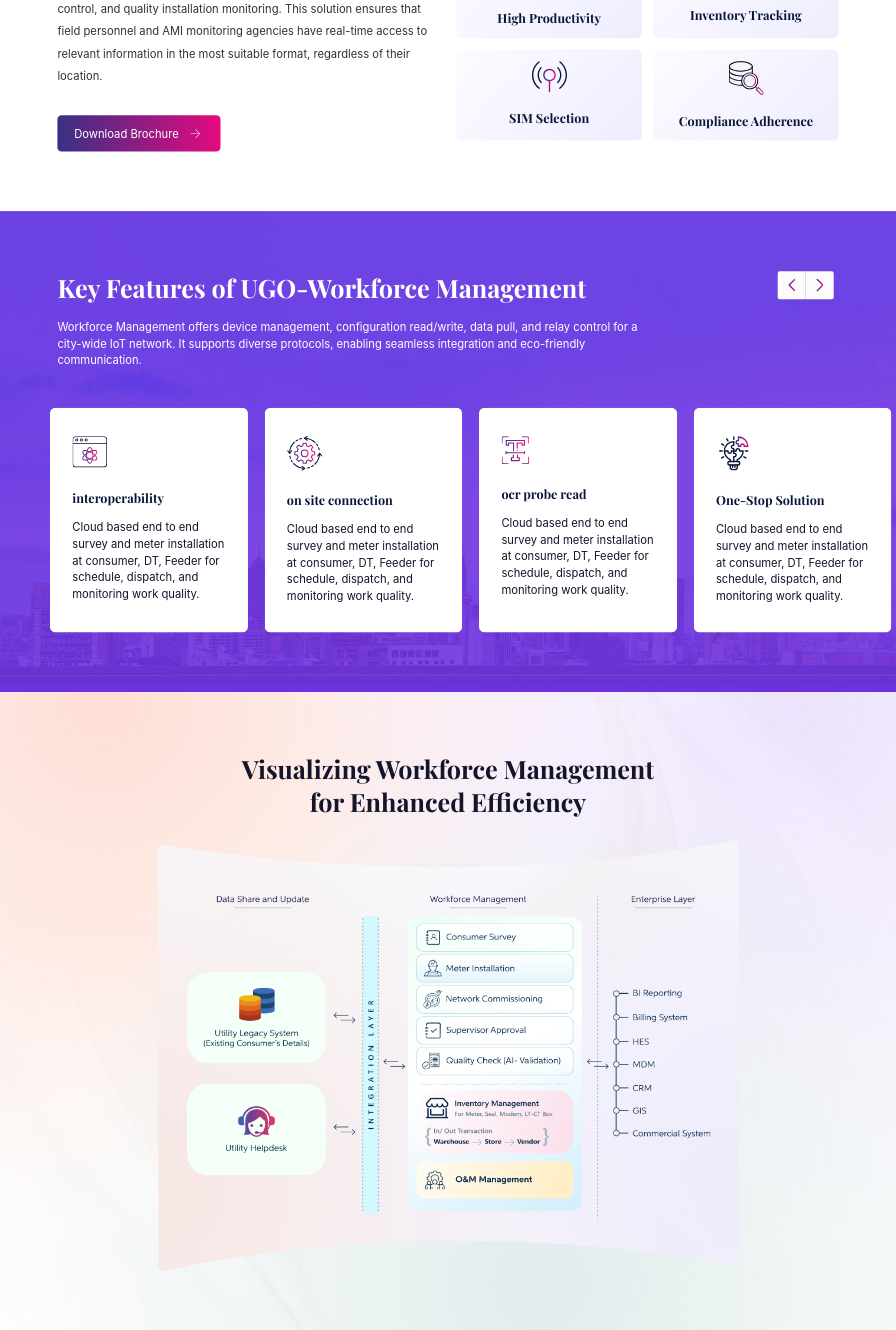
Repository: mangalravi/inventive
Page: WFM-Detail-Page.html
An editor plug-in stored every save of this project. The page is shown before and after a run of saves, followed by the edit.
The browser window is 1280 px wide. The pictures show the part of the page from y = 892 to 2812 px (the page is 2792 px tall before and 2812 px after), at 70% of full size.
Some web fonts or font styles are not loaded; a fallback is used. The style sheet was rebuilt from its Sass, Less or Tailwind sources for each picture, by a compiler version that may differ from the author's.

Above is the page before, as saved 2024-07-11 10:52:54.

After the next 2 saves:
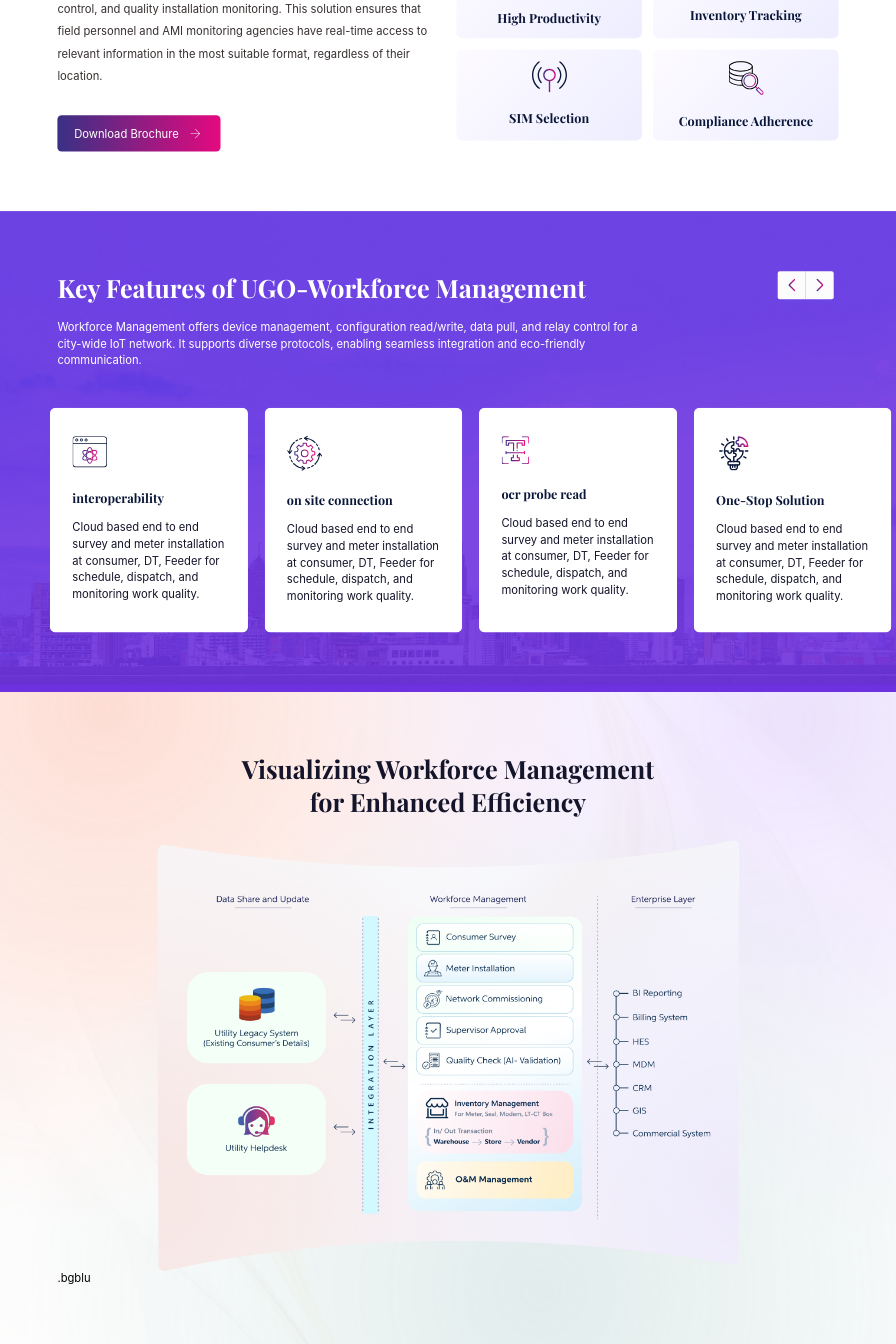
The 2 saves are shown as one change because they came seconds apart.
The last was saved 11 s later.
--- a/WFM-Detail-Page.html
+++ b/WFM-Detail-Page.html
@@ -499,7 +499,7 @@
         </div>
         <div class="row justify-content-center">
           <div class="col-md-10">
-
+            .bgblu
           </div>
         </div>
       </div>

After the save that followed:
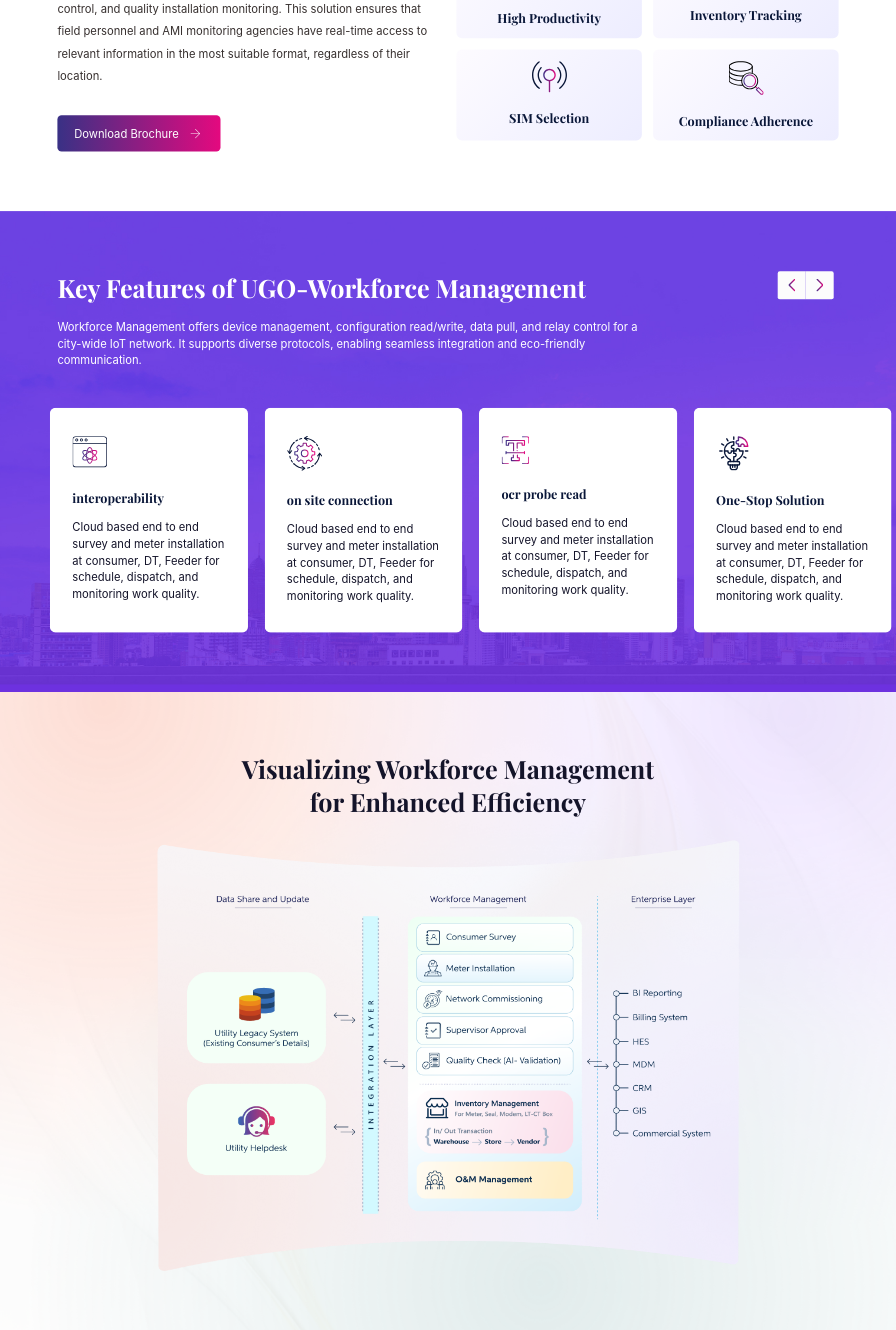
Saved 25 s later.
--- a/WFM-Detail-Page.html
+++ b/WFM-Detail-Page.html
@@ -499,7 +499,7 @@
         </div>
         <div class="row justify-content-center">
           <div class="col-md-10">
-            .bgblu
+            <div class="bgblu"></div>
           </div>
         </div>
       </div>
